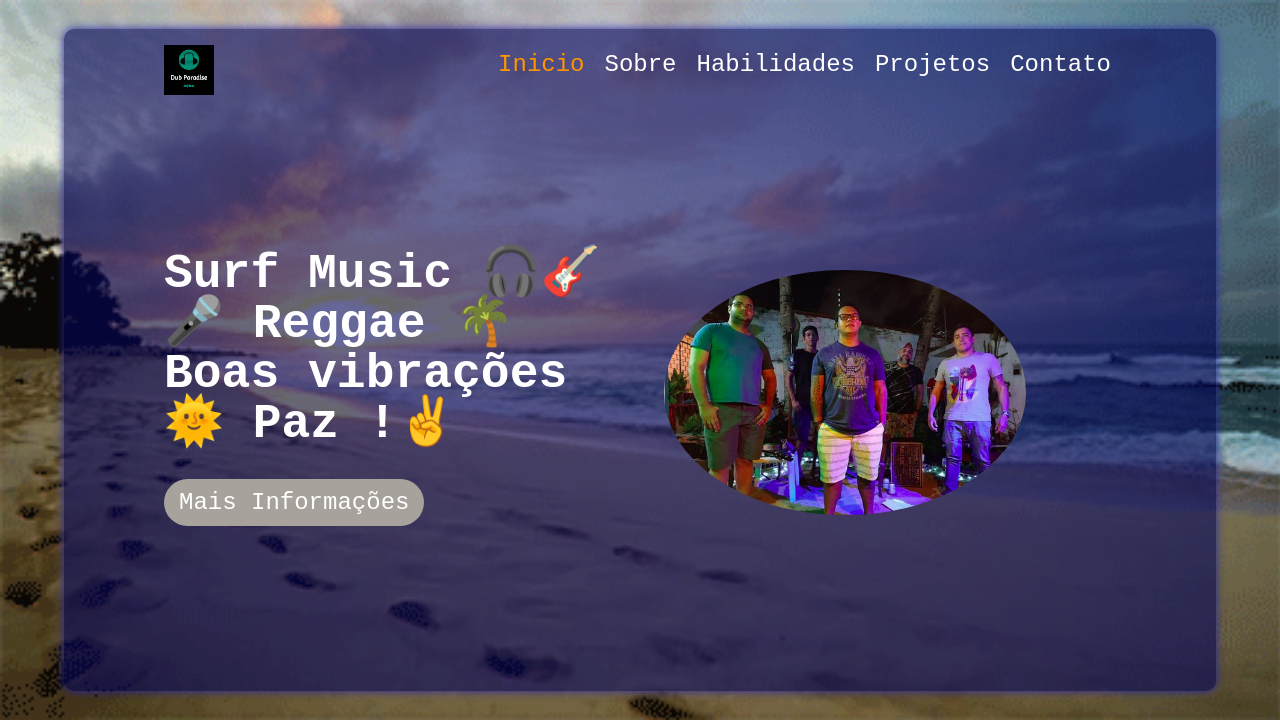
Repository: DubParadise/dubParadise
Page: /
These files come from the project's save history. The page is drawn as it stood at one moment and after a run of saves; the edit follows.
The browser window is 1280 px wide. The pictures show the whole page.
The project was rebuilt for these pictures with package versions that can differ from the ones it lists, and the page was loaded fresh each time. Also part of the build but not shown: src/components/Sobre/style.css, src/components/Sobre/index.jsx, src/components/Skills/index.jsx, src/ObjProjects/index.jsx, src/components/ProjectsSlider/Arrows.jsx, src/components/ProjectsSlider/SliderContent.jsx, src/components/ProjectsSlider/slider.css, src/components/ProjectsSlider/Slider.jsx and 2 more.

Above is the page before, as saved 2021-04-17 11:16:51.

After the next 2 saves:
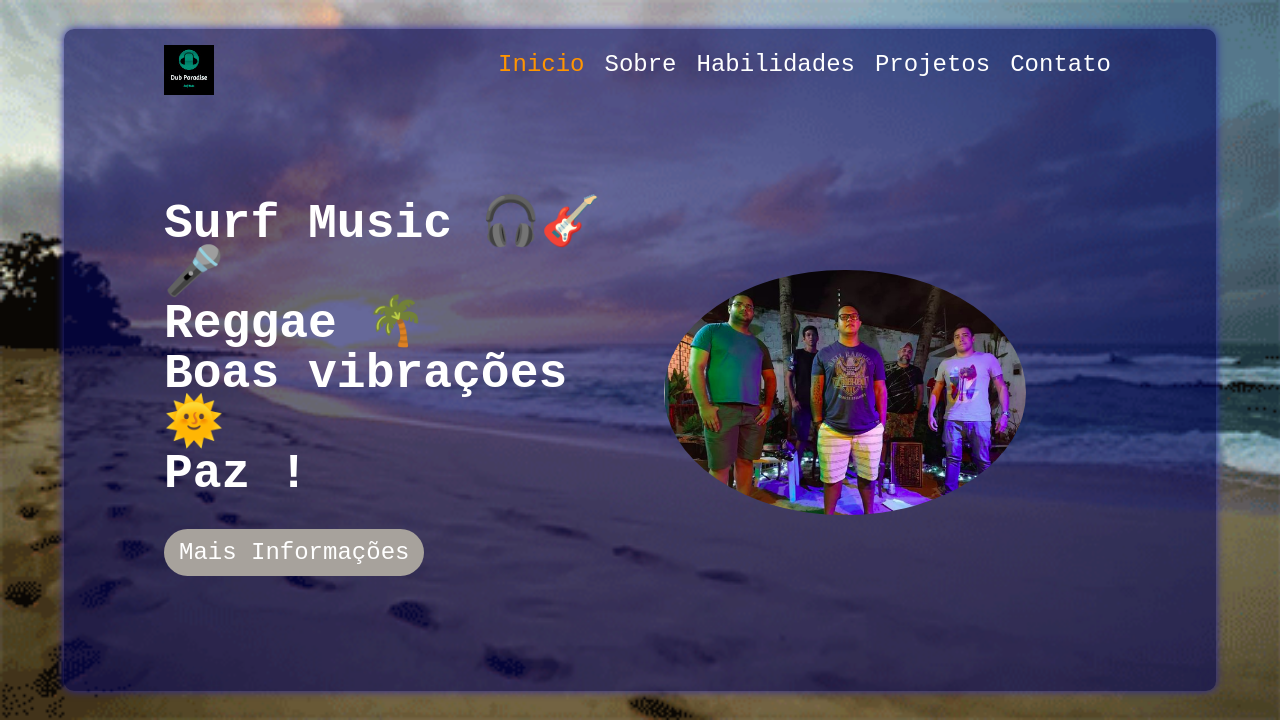
The 2 saves are shown as one change because 1 did not build or start.
The last was saved 9 min 24 s later.
--- a/src/components/Home/index.jsx
+++ b/src/components/Home/index.jsx
@@ -18,10 +18,10 @@ const Home = () => {
           animate="show"
         >
           <p>
-            Surf Music 🎧🎸🎤
-            Reggae 🌴
-            Boas vibrações 🌞
-            Paz !✌
+            Surf Music 🎧🎸🎤<br/>
+            Reggae 🌴<br/>
+            Boas vibrações 🌞<br/>
+            Paz !<br/>
           </p>
 
           <Link to="/sobre">
